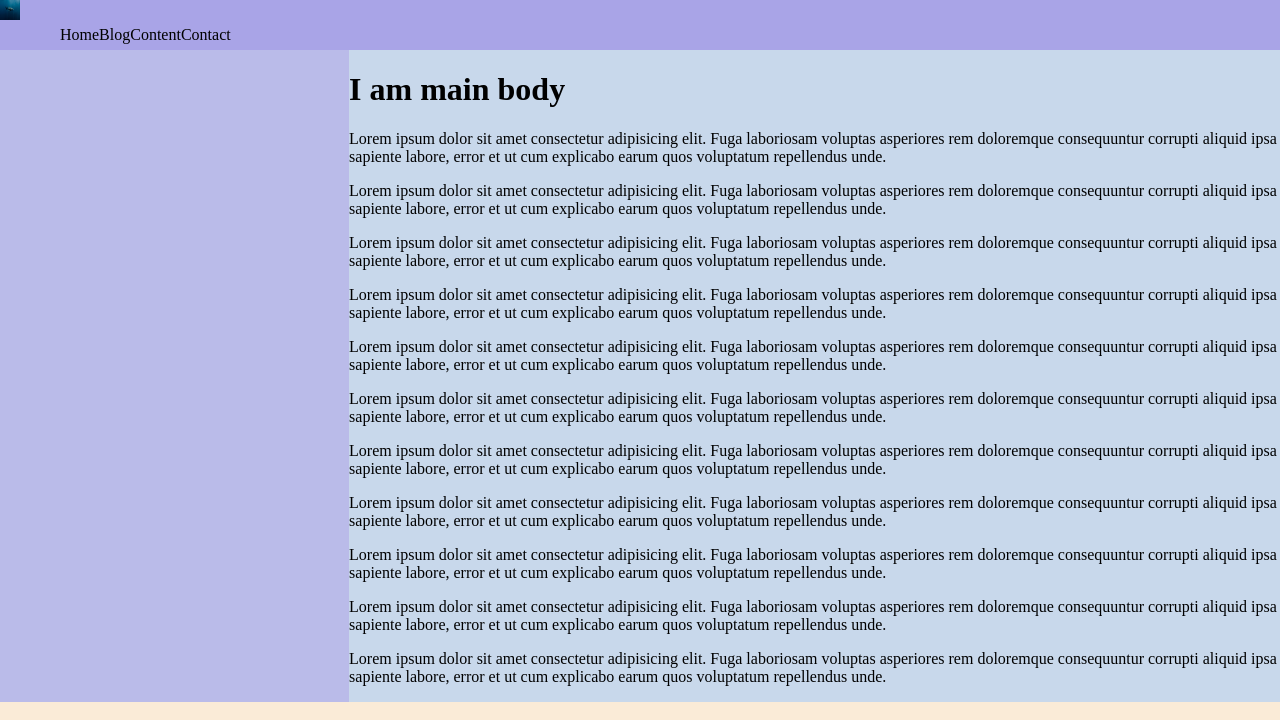
Repository: purnimapatel/fish-world
Page: index.html
An editor plug-in stored every save of this project. The page is shown before and after the next save, followed by the edit.
The browser window is 1280 px wide. The pictures show the whole page.

Above is the page before, as saved 2024-08-25 11:40:26.

After the next save:
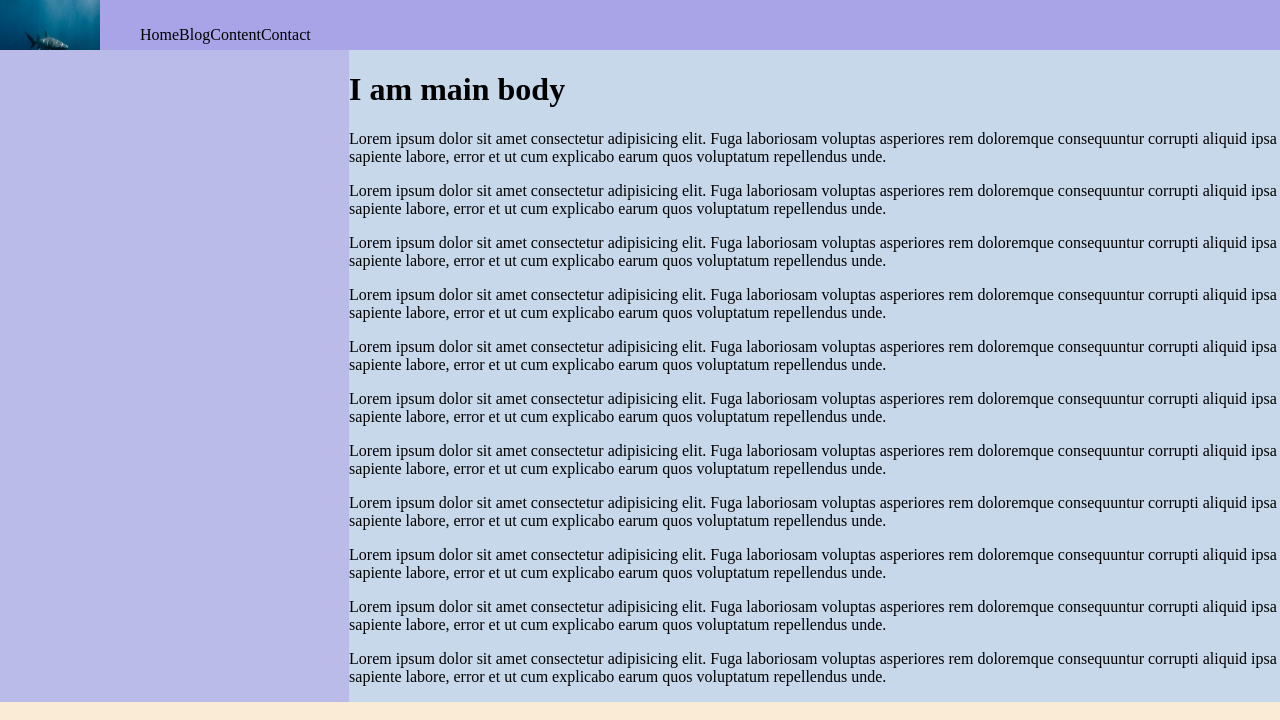
Saved 15 s later.
--- a/style.css
+++ b/style.css
@@ -37,8 +37,8 @@ body{
 
 }
 #img1{
-    height: 20px;
-    width:20px;
+    height: 100px;
+    width:100px;
 }
 #list{
     display: flex;
